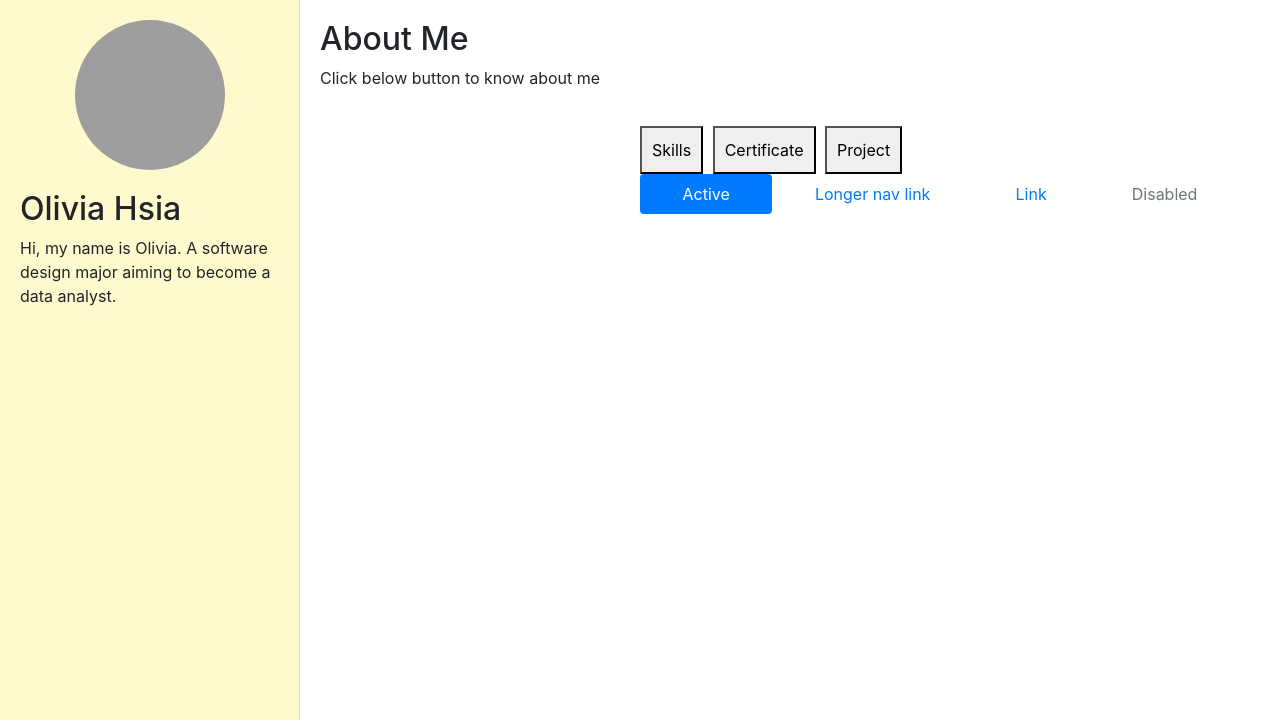
Repository: oliviahsia/FinalProject
Page: src/main/webapp/WEB-INF/main.html
An editor plug-in stored every save of this project. The page is shown before and after the next save, followed by the edit.
The browser window is 1280 px wide. The pictures show the whole page.
Pictures or frames that could not be fetched are drawn as grey boxes. An inner scrolling area shows only its first screen. Some web libraries are served in a nearby version.

Above is the page before, as saved 2024-03-09 15:40:00.

After the next save:
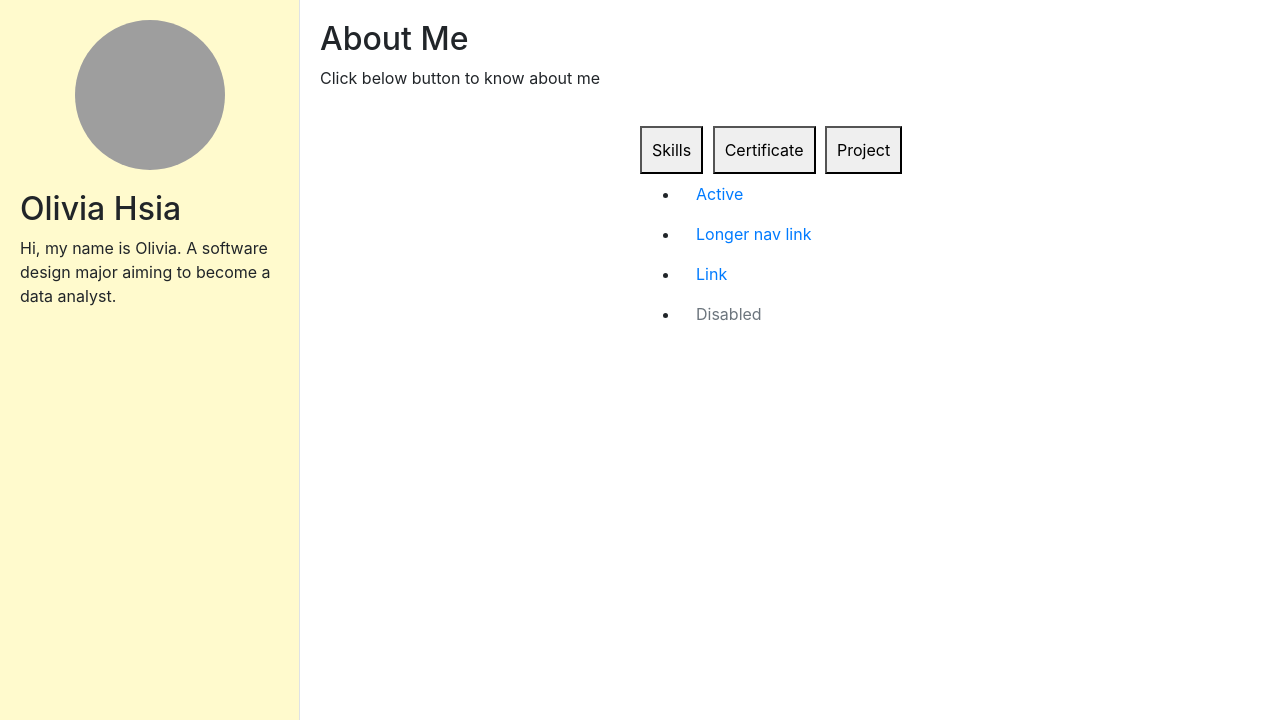
Saved 28 s later.
--- a/src/main/webapp/WEB-INF/main.html
+++ b/src/main/webapp/WEB-INF/main.html
@@ -33,7 +33,7 @@
         <button class="nav-button" onclick="showSection('Project',this)">Project</button>
       </div>
 
-      <ul class="nav nav-pills nav-fill">
+      <ul class="navigation-buttons">
         <li class="nav-item">
           <a class="nav-link active" href="#">Active</a>
         </li>
